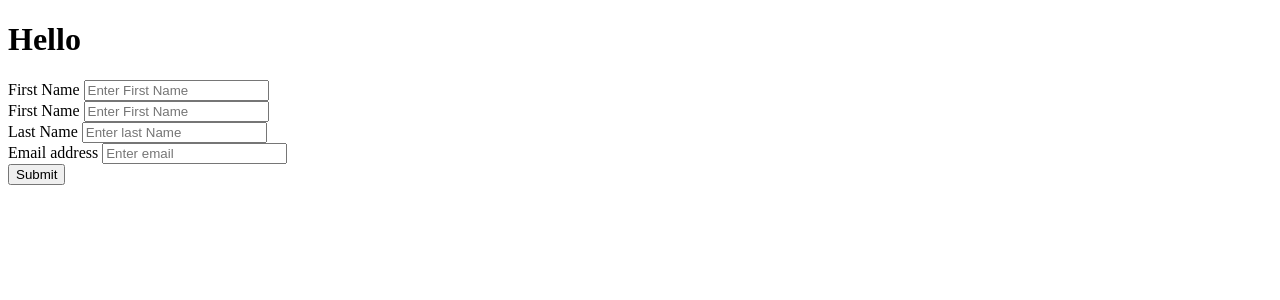
Repository: Siddhant1401/Aurionpro-J2EE
Page: http://localhost/08-STUDENT-MVC/add-Student.jsp
An editor plug-in stored every save of this project. The page is shown before and after the next save, followed by the edit.
The browser window is 1280 px wide. The pictures show the whole page.
The page is served by Tomcat 9.

Above is the page before, as saved 2023-10-17 06:34:13.

After the next save:
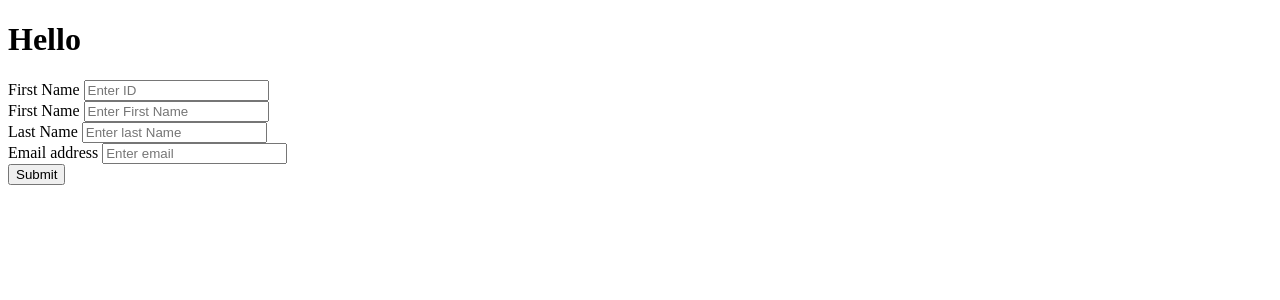
Saved 11 s later.
--- a/08-STUDENT-MVC/WebContent/add-Student.jsp
+++ b/08-STUDENT-MVC/WebContent/add-Student.jsp
@@ -10,9 +10,9 @@
 	<h1>Hello</h1>
 	<form action="StudentController" method="get">
 		<div class="form-group">
-			<label for="first_name">First Name </label> <input type="text"
-				class="form-control" name="first_name"
-				placeholder="Enter First Name">
+			<label for="id">First Name </label> <input type="text"
+				class="form-control" name="id"
+				placeholder="Enter ID">
 		</div>
 		<div class="form-group">
 			<label for="first_name">First Name </label> <input type="text"
